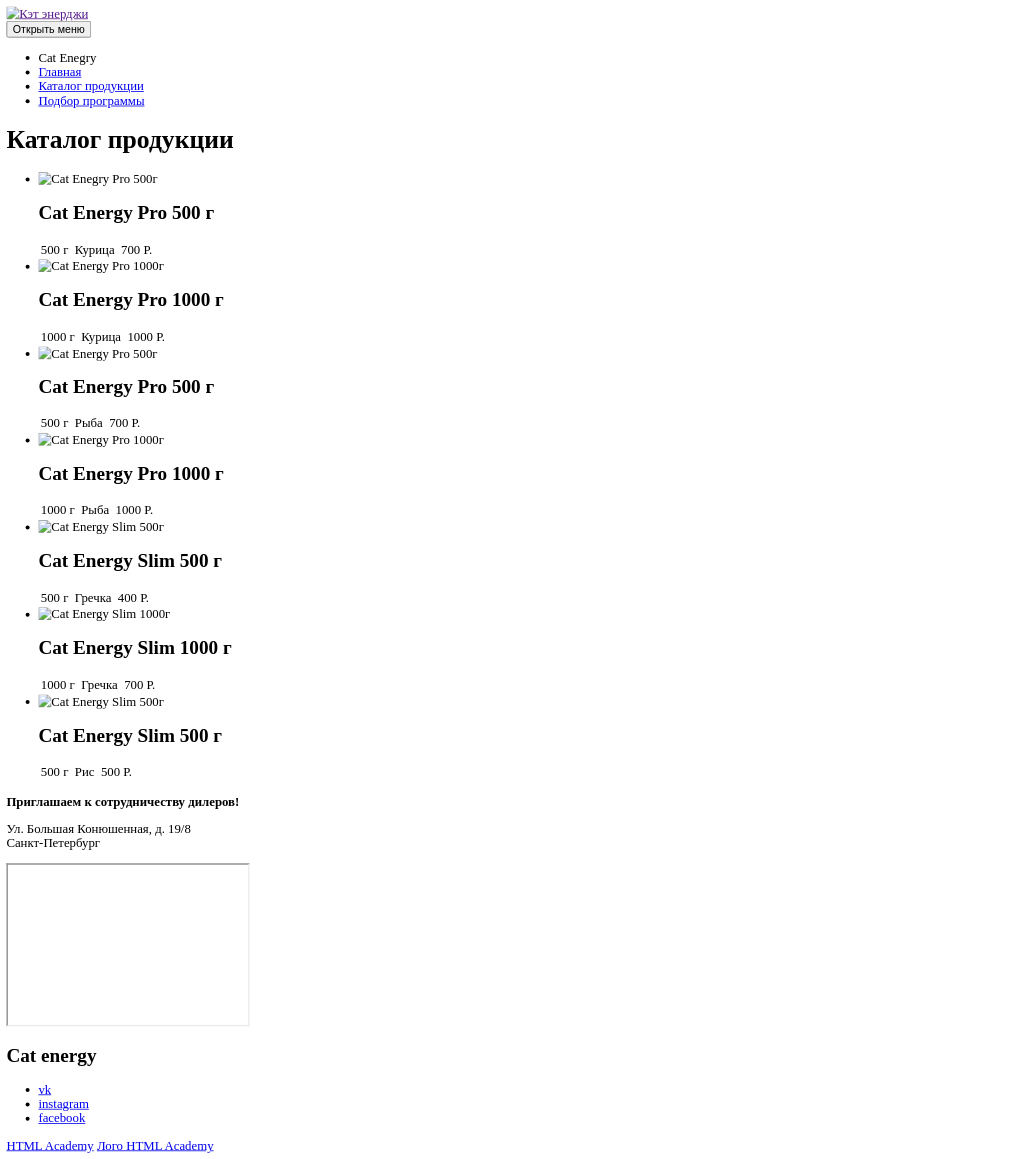
Repository: infernotw/1054987-cat-energy-17
Page: source/catalog.html
The author's editor kept a copy of each file at every save. The page is drawn from the files as they stood at one save, then again after the next save.
The browser window is 1280 px wide. The pictures show the whole page, at 80% of full size.

Above is the page before, as saved 2019-07-17 05:20:31.

### source/catalog.html
<!DOCTYPE html>
<html lang="ru">

<head>
  <meta charset="utf-8">
  <title>HTML Academy: Кэт энерджи</title>
</head>

<body>

  <header class="page-header">
    <a href="" class="page-header__logo">
      <img src="#" alt="Кэт энерджи" width="" height="" class="page-header__logo-image">
    </a>
    <nav class="main-nav">
      <button class="main-nav__toggle" type="button">Открыть меню</button>
      <div class="main-nav__wrapper">
        <ul class="main-nav__list site-list">
          <li class="site-list__item">
            <a class="site-list__item site-list__item--active">Cat Enegry</a>
          </li>
          <li class="site-list__item">
            <a href="#">Главная</a>
          </li>
          <li class="site-list__item">
            <a href="catalog.html">Каталог продукции</a>
          </li>
          <li class="site-list__item">
            <a href="form.html">Подбор программы</a>
          </li>
        </ul>
      </div>
    </nav>
  </header>

  <main class="page-main">
    <h1 class="page-main__title">Каталог продукции</h1>
    <section class="catalog">
      <div class="catalog__wrapper">
        <ul class="catalog__list">
          <li class="catalog__item">
            <img src="#" alt="Cat Enegry Pro 500г" class="catalog__img">
            <h2 class="catalog__name">Cat Energy Pro 500 г</h2>
            <table class="catalog__about">
              <tr>
                <td class="catalog__value">500 г</td>
                <td class="catalog__field"></td>
                <td class="catalog__value">Курица</td>
                <td class=" catalog__field"></td>
                <td class="catalog__value">700 Р.</td>
                <td class=" catalog__field"></td>
              </tr>
            </table>
          </li>
          <li class="catalog__item">
            <img src="#" alt="Cat Energy Pro 1000г" class="catalog__img">
            <h2 class="catalog__name">Cat Energy Pro 1000 г</h2>
            <table class="catalog__about">
              <tr>
                <td class="catalog__value">1000 г</td>
                <td class="catalog__field"></td>
                <td class="catalog__value">Курица</td>
                <td class=" catalog__field"></td>
                <td class="catalog__value">1000 Р.</td>
                <td class=" catalog__field"></td>
              </tr>
            </table>
          </li>
          <li class="catalog__item">
            <img src="#" alt="Cat Energy Pro 500г" class="catalog__img">
            <h2 class="catalog__name">Cat Energy Pro 500 г</h2>
            <table class="catalog__about">
              <tr>
                <td class="catalog__value">500 г</td>
                <td class="catalog__field"></td>
                <td class="catalog__value">Рыба</td>
                <td class=" catalog__field"></td>
                <td class="catalog__value">700 Р.</td>
                <td class=" catalog__field"></td>
              </tr>
            </table>
          </li>
          <li class="catalog__item">
            <img src="#" alt="Cat Energy Pro 1000г" class="catalog__img">
            <h2 class="catalog__name">Cat Energy Pro 1000 г</h2>
            <table class="catalog__about">
              <tr>
                <td class="catalog__value">1000 г</td>
                <td class="catalog__field"></td>
                <td class="catalog__value">Рыба</td>
                <td class=" catalog__field"></td>
                <td class="catalog__value">1000 Р.</td>
                <td class=" catalog__field"></td>
              </tr>
            </table>
          </li>
          <li class="catalog__item">
            <img src="#" alt="Cat Energy Slim 500г" class="catalog__img">
            <h2 class="catalog__name">Cat Energy Slim 500 г</h2>
            <td class="catalog__field"></td>
            <table class="catalog__about">
              <tr>
                <td class="catalog__value">500 г</td>
                <td class="catalog__field"></td>
                <td class="catalog__value">Гречка</td>
                <td class=" catalog__field"></td>
                <td class="catalog__value">400 Р.</td>
                <td class=" catalog__field"></td>
              </tr>
            </table>
          </li>
          <li class="catalog__item">
            <img src="#" alt="Cat Energy Slim 1000г" class="catalog__img">
            <h2 class="catalog__name">Cat Energy Slim 1000 г</h2>
            <table class="catalog__about">
              <tr>
                <td class="catalog__value">1000 г</td>
                <td class="catalog__field"></td>
                <td class="catalog__value">Гречка</td>
                <td class="catalog__field"></td>
                <td class="catalog__value">700 Р.</td>
                <td class="catalog__field"></td>
              </tr>
            </table>
          </li>
          <li class="catalog__item">
            <img src="#" alt="Cat Energy Slim 500г" class="catalog__img">
            <h2 class="catalog__name">Cat Energy Slim 500 г</h2>
            <table class="catalog__about">
              <tr>
                <td class="catalog__value">500 г</td>
                <td class="catalog__field"></td>
                <td class="catalog__value">Рис</td>
                <td class="catalog__field"></td>
                <td class="catalog__value">500 Р.</td>
                <td class="catalog__field"></td>
              </tr>
            </table>
          </li>
        </ul>

      </div>
    </section>


  </main>

  <footer class="page-footer">
    <div class="page-footer__wrapper">
      <div class="page-footer__contacts contacts">
        <b class="contacts__title">Приглашаем к сотрудничеству дилеров!</b>
        <p class="contacts__text">Ул. Большая Конюшенная, д. 19/8<br>Санкт-Петербург</p>
        <div class="contacts__map">
          <iframe src="https://yandex.ru/map-widget/v1/-/CCwfVC62" width="300" height="200"></iframe>
        </div>
      </div>
      <div class="page-footer__social social">
        <h2 class="social__title">Cat energy</h2>
        <ul class="social__list">
          <li class="social__item">
            <a href="#" class="social__link social__link--vk">vk</a>
          </li>
          <li class="social__item">
            <a href="#" class="social__link social__link--instagram">instagram</a>
          </li>
          <li class="social__item">
            <a href="#" class="social__link social__link--facebook">facebook</a>
          </li>
        </ul>
      </div>
      <div class="page-footer__copyright copyright">
        <a href="#" class="copyright__link">HTML Academy</a>
        <a href="#" class="copyright__link">Лого HTML Academy</a>
      </div>
    </div>
  </footer>

</body>

</html>

After the next save:
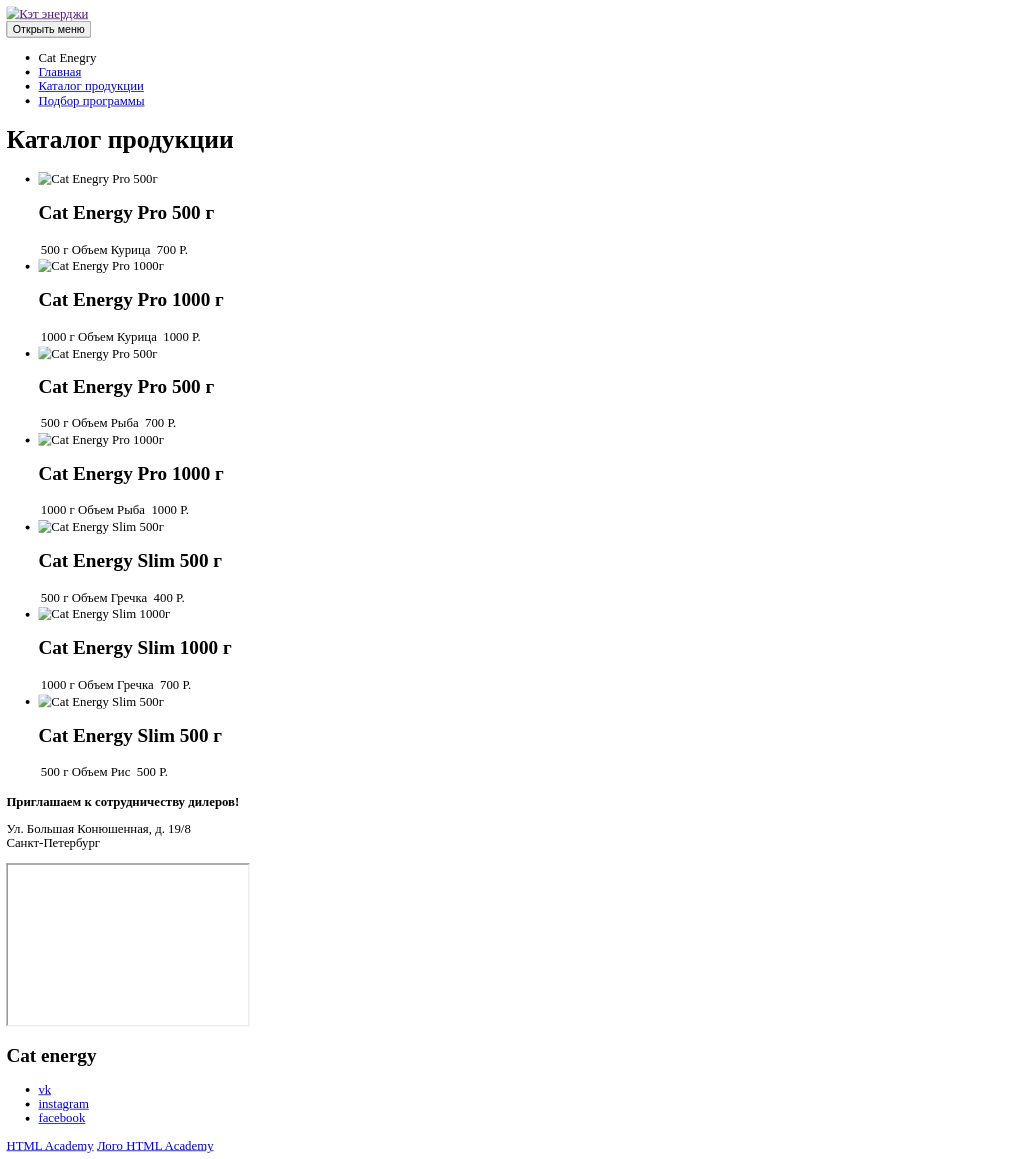
Saved 56 s later.
--- a/source/catalog.html
+++ b/source/catalog.html
@@ -44,7 +44,7 @@
             <table class="catalog__about">
               <tr>
                 <td class="catalog__value">500 г</td>
-                <td class="catalog__field"></td>
+                <td class="catalog__field">Объем</td>
                 <td class="catalog__value">Курица</td>
                 <td class=" catalog__field"></td>
                 <td class="catalog__value">700 Р.</td>
@@ -58,7 +58,7 @@
             <table class="catalog__about">
               <tr>
                 <td class="catalog__value">1000 г</td>
-                <td class="catalog__field"></td>
+                <td class="catalog__field">Объем</td>
                 <td class="catalog__value">Курица</td>
                 <td class=" catalog__field"></td>
                 <td class="catalog__value">1000 Р.</td>
@@ -72,7 +72,7 @@
             <table class="catalog__about">
               <tr>
                 <td class="catalog__value">500 г</td>
-                <td class="catalog__field"></td>
+                <td class="catalog__field">Объем</td>
                 <td class="catalog__value">Рыба</td>
                 <td class=" catalog__field"></td>
                 <td class="catalog__value">700 Р.</td>
@@ -86,7 +86,7 @@
             <table class="catalog__about">
               <tr>
                 <td class="catalog__value">1000 г</td>
-                <td class="catalog__field"></td>
+                <td class="catalog__field">Объем</td>
                 <td class="catalog__value">Рыба</td>
                 <td class=" catalog__field"></td>
                 <td class="catalog__value">1000 Р.</td>
@@ -97,11 +97,10 @@
           <li class="catalog__item">
             <img src="#" alt="Cat Energy Slim 500г" class="catalog__img">
             <h2 class="catalog__name">Cat Energy Slim 500 г</h2>
-            <td class="catalog__field"></td>
             <table class="catalog__about">
               <tr>
                 <td class="catalog__value">500 г</td>
-                <td class="catalog__field"></td>
+                <td class="catalog__field">Объем</td>
                 <td class="catalog__value">Гречка</td>
                 <td class=" catalog__field"></td>
                 <td class="catalog__value">400 Р.</td>
@@ -115,7 +114,7 @@
             <table class="catalog__about">
               <tr>
                 <td class="catalog__value">1000 г</td>
-                <td class="catalog__field"></td>
+                <td class="catalog__field">Объем</td>
                 <td class="catalog__value">Гречка</td>
                 <td class="catalog__field"></td>
                 <td class="catalog__value">700 Р.</td>
@@ -129,7 +128,7 @@
             <table class="catalog__about">
               <tr>
                 <td class="catalog__value">500 г</td>
-                <td class="catalog__field"></td>
+                <td class="catalog__field">Объем</td>
                 <td class="catalog__value">Рис</td>
                 <td class="catalog__field"></td>
                 <td class="catalog__value">500 Р.</td>
